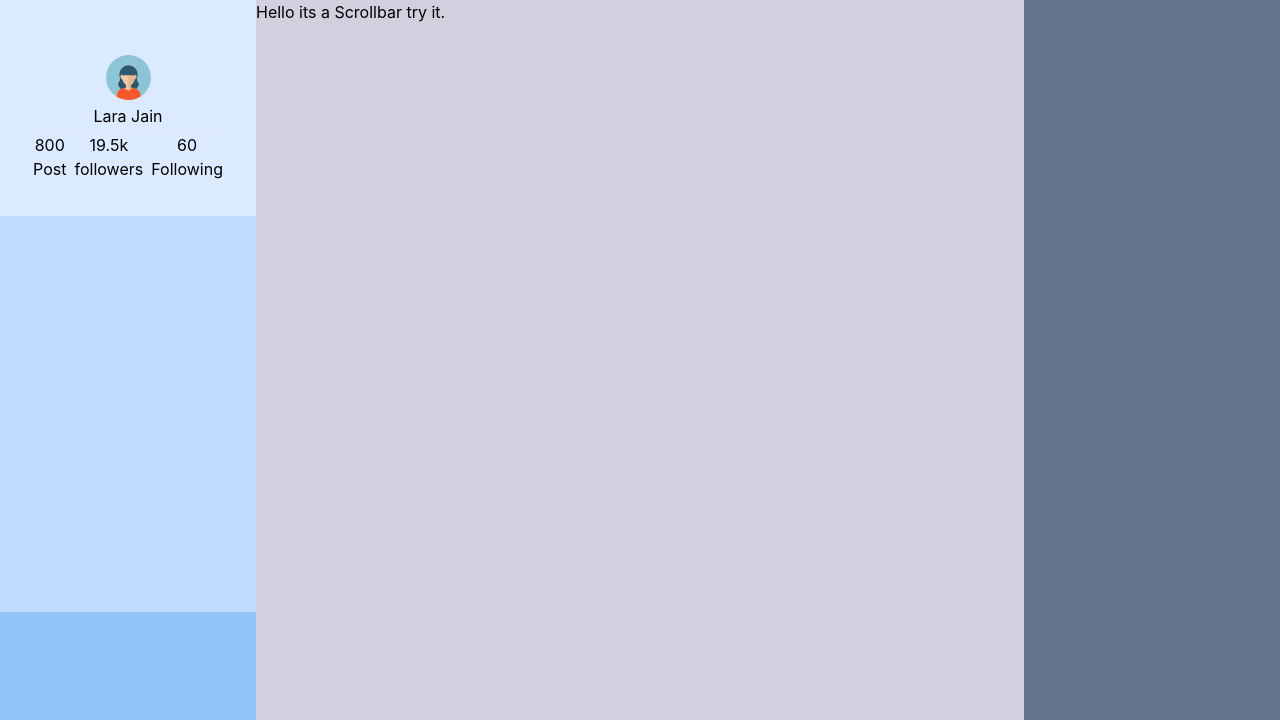
Repository: cosmicswati/upgrad-captions-project
Page: /
An editor plug-in stored every save of this project. The page is shown before and after the next save, followed by the edit.
The browser window is 1280 px wide. The pictures show the whole page.
An inner scrolling area shows only its first screen. The project was rebuilt for these pictures with package versions that can differ from the ones it lists, and the page was loaded fresh each time. Also part of the build but not shown: src/components/Input/index.js, src/components/Button/index.js, src/modules/Authorization/Form.jsx, src/modules/Authorization/index.js.

Above is the page before, as saved 2024-04-09 13:58:57.

### src/index.css
@tailwind base;
@tailwind components;
@tailwind utilities;

body {
  margin: 0;
  font-family: -apple-system, BlinkMacSystemFont, 'Segoe UI', 'Roboto', 'Oxygen',
    'Ubuntu', 'Cantarell', 'Fira Sans', 'Droid Sans', 'Helvetica Neue',
    sans-serif;
  -webkit-font-smoothing: antialiased;
  -moz-osx-font-smoothing: grayscale;
}

code {
  font-family: source-code-pro, Menlo, Monaco, Consolas, 'Courier New',
    monospace;
}

.scrollbar-hide::-webkit-scrollbar{
  display: none;
}

### src/App.js
import Auth from "./modules/Authorization";
import Home from "./modules/Home";


function App() {
  return (
    <div>
      {/* <Auth />  */}
      <Home />
    </div>
  );
}

export default App;

### src/modules/Home/index.js
import React from 'react'
import { ReactComponent as Avatar} from '../../assets/Avatar.svg'

const Home = () => {
  return (
    <div className='h-screen bg-[#d2cfdf]  flex overflow-hidden'>
        <div className='w-[20%] flex flex-col'>
            <div className='h-[30%] bg-blue-100 flex justify-center items-center'>
                <div className='flex flex-col justify-center items-center'>
                    <Avatar width={'45px'} height={'45px'}/>
                    <p className='my-1'>Lara Jain</p>
                    <div className='border h-[30px] flex justify-around w-[200px] text-center'>
                        <div className='flex flex-col justify-around items-center'>
                            <h4>800</h4>
                            <p>Post</p>
                        </div>
                        <div>
                            <h4>19.5k</h4>
                            <p>followers</p>
                        </div>
                        <div>
                            <h4>60</h4>
                            <p>Following</p>
                        </div>
                    </div>
                </div>
            </div>
            <div className='h-[55%] bg-blue-200'></div>
            <div className='h-[15%] bg-blue-300'></div>
        </div>
        <div className='w-[60%] overflow-scroll h-full scrollbar-hide'>
            <div className='h-[1500px]'>Hello its a Scrollbar try it.</div>
        </div>
        <div className='w-[20%] bg-slate-500'></div>
    </div>
  )
}

export default Home

### tailwind.config.js
/** @type {import('tailwindcss').Config} */
module.exports = {
 mode:'jit',
 purge: [
  './public/**/*.html',
  './src/**/*.{js,jsx,ts,tsx,vue}',
 ],
  content: [
    "./src/**/*.{js,jsx,ts,tsx}",
  ],
  theme: {
    extend: {},
  },
  plugins: [],
}

Loaded but not shown: public/index.html (common file); src/index.js (common file); src/reportWebVitals.js (common file)

After the next save:
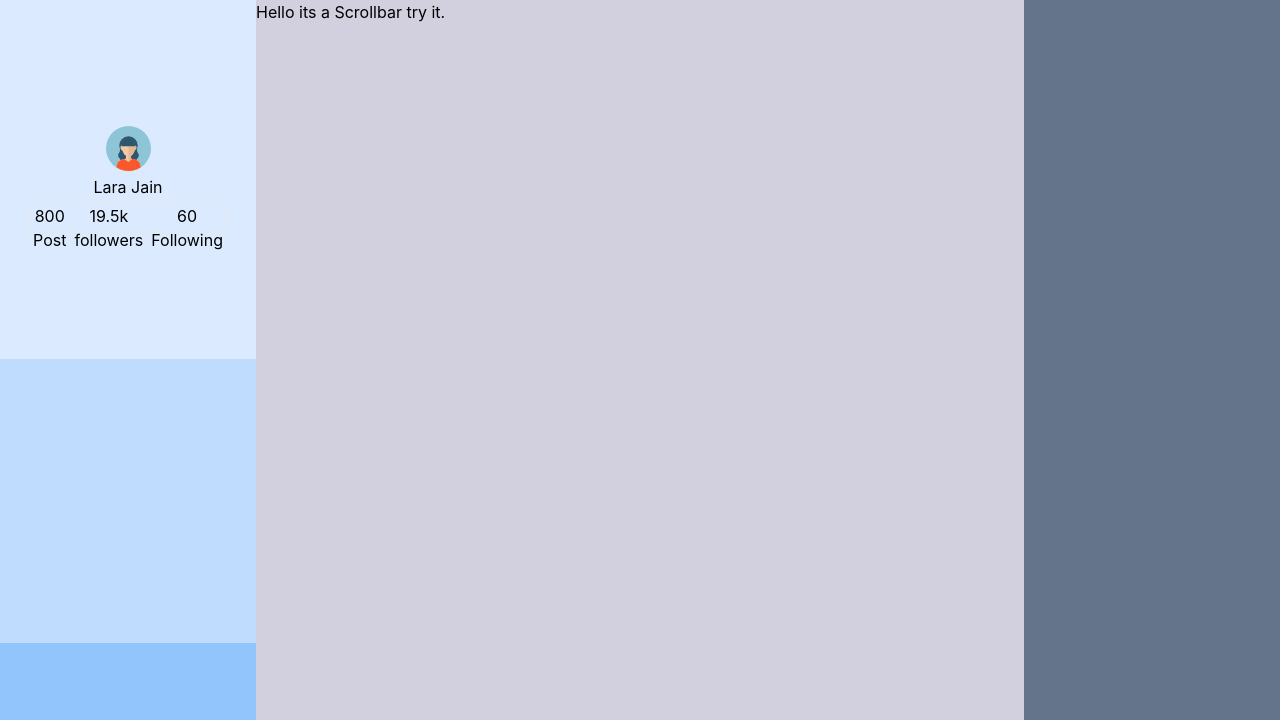
Saved 2 min 24 s later.
--- a/src/modules/Home/index.js
+++ b/src/modules/Home/index.js
@@ -5,7 +5,7 @@
   return (
     <div className='h-screen bg-[#d2cfdf]  flex overflow-hidden'>
         <div className='w-[20%] flex flex-col'>
-            <div className='h-[30%] bg-blue-100 flex justify-center items-center'>
+            <div className='h-[30%] h-[500px] bg-blue-100 flex justify-center items-center'>
                 <div className='flex flex-col justify-center items-center'>
                     <Avatar width={'45px'} height={'45px'}/>
                     <p className='my-1'>Lara Jain</p>

After the save that followed:
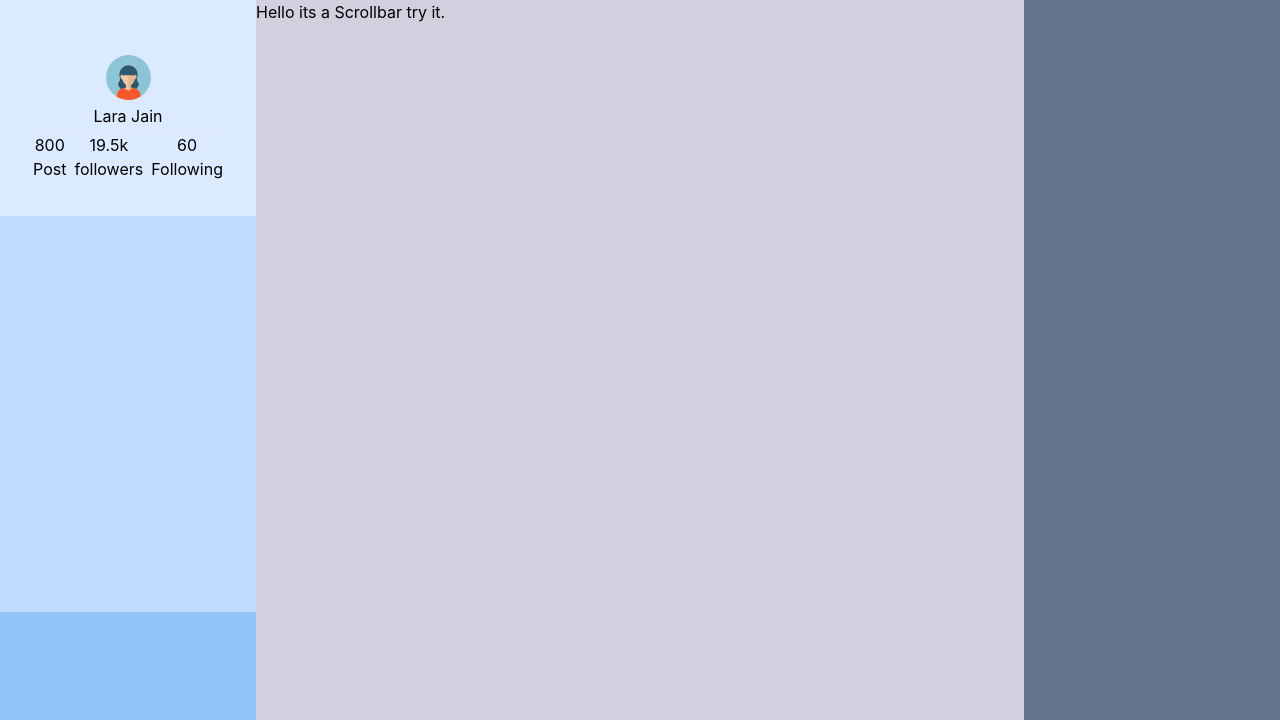
Saved 16 s later.
--- a/src/modules/Home/index.js
+++ b/src/modules/Home/index.js
@@ -5,7 +5,7 @@
   return (
     <div className='h-screen bg-[#d2cfdf]  flex overflow-hidden'>
         <div className='w-[20%] flex flex-col'>
-            <div className='h-[30%] h-[500px] bg-blue-100 flex justify-center items-center'>
+            <div className='h-[30%] bg-blue-100 flex justify-center items-center'>
                 <div className='flex flex-col justify-center items-center'>
                     <Avatar width={'45px'} height={'45px'}/>
                     <p className='my-1'>Lara Jain</p>
